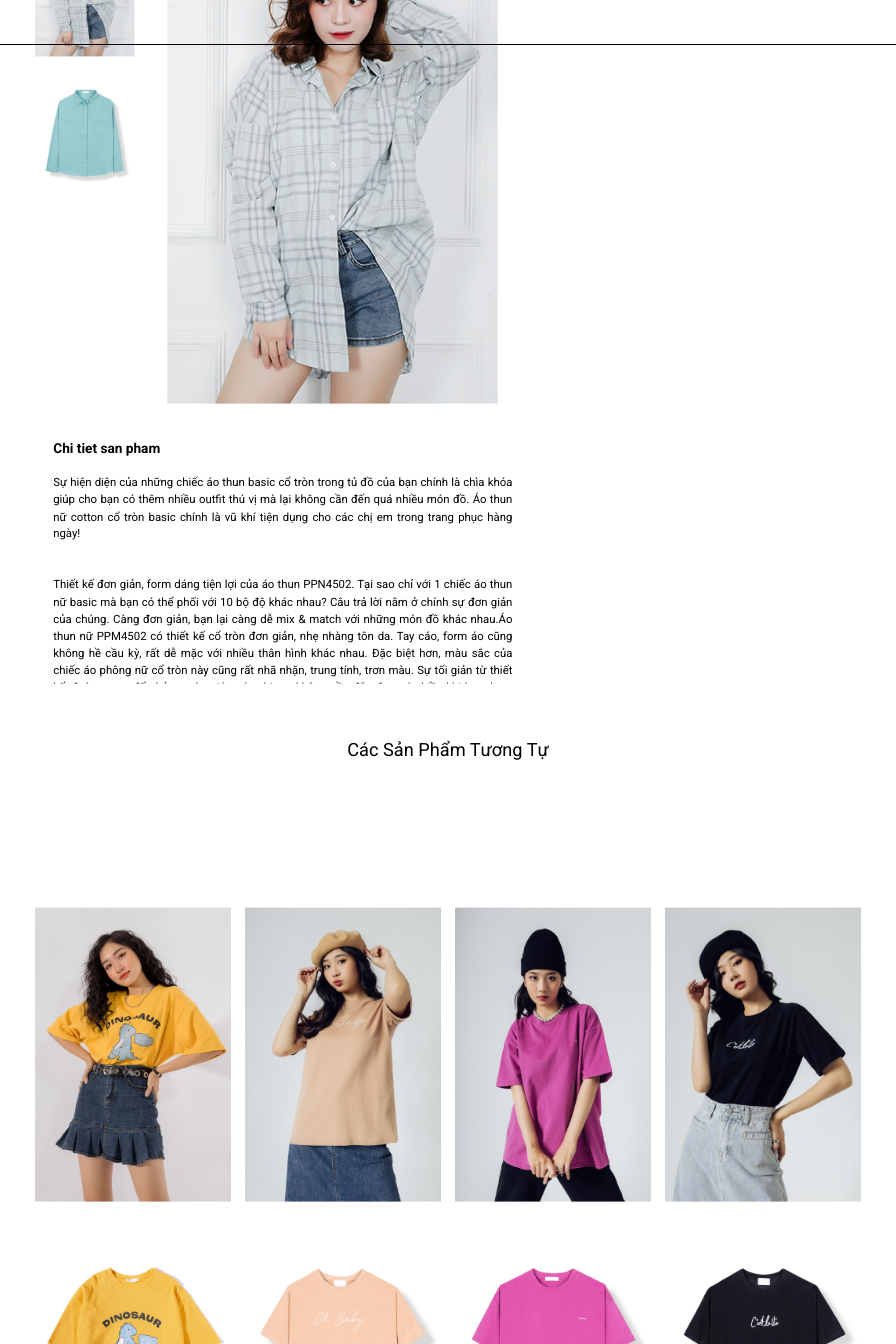
Repository: eric-nguyen-fe/Hola-ecommerce
Page: /catalog/ao-somi-caro-07
The author's editor kept a copy of each file at every save. The page is drawn from the files as they stood at one save, then again after the next save.
The browser window is 1280 px wide. The pictures show the part of the page from y = 301 to 2221 px (the page is 4131 px tall), at 70% of full size.
The project was rebuilt for these pictures with package versions that can differ from the ones it lists, and the page was loaded fresh each time. Also part of the build but not shown: src/components/HeroSlider.jsx, src/components/PolicyCard.jsx, src/assets/fake-data/hero-slider.js, src/assets/fake-data/policy.js, src/pages/Home.jsx, src/components/CheckBox.jsx, src/assets/fake-data/category.js, src/assets/fake-data/product-color.js and 4 more.

Above is the page before, as saved 2021-12-10 12:23:08.

### src/scss/index.scss
@import "./variables";
@import "./mixins";
@import "./base";

@import "./components/header";
@import "./components/footer";
@import "./components/hero-slider.scss";
@import "./components/button";
@import "./components/policy-card";
@import "./components/section";
@import "./components/product-card";
@import "./components/catalog";
@import "./components/custom-checkbox.scss";
@import "./components/product";

### src/components/Layout.jsx
import React from 'react'

import { BrowserRouter, Route } from 'react-router-dom'

import Header from './Header'
import Footer from './Footer'

import Routes from '../routes/Routes'

const Layout = () => {
    return (
        <BrowserRouter>
            <Route render={props => (
                <div>

                    <div className="container">
                    <Header {...props}/>
                        <div className="main">
                            <Routes/>
                        </div>
                    </div>
                    <Footer/>
                </div>
            )}/>
        </BrowserRouter>
    )
}

export default Layout

### src/scss/_variables.scss
$main-bg: #fff;
$main-color: #4267b2;

$txt-main-color: #000;
$txt-second-color: #8d8d8d;
$txt-white: #fff;

$btn-main-bg: $main-color;
$btn-main-color: #fff;

$header-height: 170px;
$header-tablet-height: 70px;
$header-mobile-height: 40px;
$header-shrink-height: 70px;

$box-shadow: rgba(73, 90, 105, 0.2) 0px 8px 24px;

$colors: (
    "blue": #4267b2,
    "orange": #eea54d,
    "pink": #f3786d,
    "white": #fff,
    "black": #000,
    "main": $main-color
);

$mobile-width: 600px;
$tablet-width: 1024px;

$numbers: (0, 1, 2, 3, 4, 5, 6, 7, 8);

### src/scss/mixins.scss
@mixin flex ($align-item, $justify-content) {
    display: flex;
    align-items: $align-item;
    justify-content: $justify-content;
}

@mixin mobile {
    @media only screen and (max-width: $mobile-width){
        @content;
    }
}

@mixin tablet {
    @media only screen and (max-width: $tablet-width){
        @content;
    }
}

### src/scss/_base.scss
@import url("https://fonts.googleapis.com/css2?family=M+PLUS+Rounded+1c:wght@100;300;400;500;700;800;900&family=Roboto:ital,wght@0,100;0,300;0,400;0,500;0,700;0,900;1,100;1,300;1,400;1,500;1,700;1,900&display=swap");

@import url("https://fonts.googleapis.com/css2?family=M+PLUS+Rounded+1c:wght@100;300;400;500;700;800;900&family=Roboto:ital,wght@0,100;0,300;0,400;0,500;0,700;0,900;1,100;1,300;1,400;1,500;1,700;1,900&display=swap");

* {
    padding: 0;
    margin: 0;
    box-sizing: border-box;
    -webkit-tap-highlight-color: transparent;
    user-select: none;
}

html {
    font-size: 13px;
}

body {
    font-family: "Roboto", sans-serif;
}

ul {
    list-style-type: none;
}

a {
    text-decoration: none;
    color: unset;
}

a:hover {
    color: $main-color;
}

img {
    max-width: 100%;
}

@each $color, $val in $colors {
    .color-#{$color} {
        color: $val;
    }

    .bg-#{$color} {
        background-color: $val;
    }
}

@each $val in $numbers {
    .grid-col-#{$val} {
        grid-template-columns: repeat($val, 1fr);
    }
}

@each $val in $numbers {
    .grid-col-md-#{$val} {
        @include tablet {
            grid-template-columns: repeat($val, 1fr);
        }
    }
}

@each $val in $numbers {
    .grid-col-sm-#{$val} {
        @include mobile {
            grid-template-columns: repeat($val, 1fr);
        }
    }
}

.container {
    width: 100%;
    max-width: 1620px;
    padding: 0 50px;
    margin: auto;

    @include tablet {
        padding: 0 20px;
    }

    @include mobile {
        padding: 0 10px;
    }
}

.main {
    margin-top: $header-height;
    margin-bottom: 2rem;
    min-height: 100vh;

    @include tablet {
        margin-top: calc(#{$header-tablet-height} + 20px);
    }

    @include mobile {
        margin-top: calc(#{$header-mobile-height} + 10px);
    }
}

.grid {
    display: grid;
}

### src/scss/components/_header.scss
.header {
    background-color: $main-bg;
    position: fixed;
    top: 0;
    left: 0;
    width: 100%;
    z-index: 99;
    height: $header-height;
    transition: height .3s ease;

    @include tablet {
        height: $header-tablet-height;
        box-shadow: $box-shadow;
    }

    .container {
        height: 100%;
    }

    &.shrink{
        height: $header-shrink-height;
        box-shadow: $box-shadow;
        z-index: 100;

        @include mobile {
            height: $header-mobile-height;
        }
    }

    &__logo {
        @include flex (center, center);
        position: absolute;
        inset: 0;
        pointer-events: none;

        img {
            height: 38px;
        }
    }

    &__menu {
        @include flex(center, space-between);
        height: 100%;
        font-size: 1.5rem;

        &__item ~ &__item {
            margin-left: 39px;

            @include tablet {
                margin-left: 20px;
            }

            @include mobile {
                margin-left: 10px;
            }
        }

        &__item.active {
            font-weight: 600;
            color: $main-color;
        }


        &__item:hover {
            color: $main-color;
        }

        &__left,
        &__right {
            @include flex(center, center);
            height: 100%;
        }

        &__right {
            font-size: 2.25rem;

            &__item {
                @include flex(center, center);

                @include tablet {
                    margin-left: 10px;
                }
            }



            @include mobile {
                font-size: 1.5rem;
            }
        }

        &__left {
            &__close{
                display: none;
            }

            @include tablet {
                flex-direction: column;
                background-color: $main-bg;
                position: absolute;
                left: 0;
                top: 0;
                width: 100%;
                height: 100vh;
                justify-content: flex-start;
                padding-top: 30px;
                transform: translateX(-100%);
                transition: transform 0.5s ease;

                &.active {
                    transform: translateX(0);
                }

                &__item ~ &__item {
                    margin-left: unset;
                    margin-top: 20px;
                }

                &__close {
                    display: block;
                    position: absolute;
                    left: 20px;
                    font-size: 2.5rem;
                }
            }
        }

        &__mobile-toggle {
            display: none;

            @include tablet {
                display: block;
                font-size: 2.5rem;

            }
        }


    }
}

### src/scss/components/_footer.scss
.footer {
    padding: 70px 0;
    box-shadow: $box-shadow;
    font-size: 1.1rem;

    &__logo {
        height: 30px;
    }

    &__about {
        p {
            margin-bottom: 2rem;
        }
    }

    &__title {
        text-transform: uppercase;
        margin-bottom: 2rem;
        font-weight: 600;
    }

    &__content {
        p {
            margin-bottom: 1.25rem;
        }
    }
}

### src/scss/components/_button.scss
.btn {
    border: 0;
    outline: 0;
    color: $btn-main-color;
    font-size: 1.5rem;
    font-weight: 600;
    text-transform: uppercase;
    cursor: pointer;
    overflow: hidden;
    position: relative;

    @include mobile {
        font-size: 1rem;
    }

    &__txt,
    &__icon {
        display: block;
        transition: transform 0.5s ease;
    }

    &__txt {
        padding: 1rem 2rem;
    }

    &__icon {
        @include flex(center, center);
        font-size: 2rem;
        position: absolute;
        left: 0;
        top: 0;
        height: 100%;
        width: 100%;
        transform: translateX(-100%);
    }

    &-animate:hover &__txt {
        transform: translateX(100%);
    }

    &-animate:hover &__icon {
        transform: translateX(0);
    }

    &-sm {
        font-size: 1rem;
    }

    &-sm &__txt {
        padding: 0.7rem 1.5rem;
    }
}

### src/scss/components/_policy-card.scss
.policy-card {
    @include flex(center, flex-start);
    padding: 20px;
    padding-left: 0;
    box-shadow: $box-shadow;
    transition: transform .5s ease;

    &:hover {
        transform: translateY(-20%);
    }

    &__icon {
        @include flex (center, center);
        width: 40%;
        color: $main-color;

        i {
            font-size: 3rem;
        }
    }

    &__info{
        &__name{
            font-size: 1.25rem;
            font-weight: 600;
            margin-bottom: 7px;
        }

        &__description{
            font-size: 1rem;
            color: $txt-second-color;
        }

    }
}

### src/scss/components/_section.scss
.section {
    margin-bottom: 80px;

    & > * ~ * {
        margin-top: 70px;
    }

    &__title {
        font-size: 2rem;
        text-transform: capitalize;
        text-align: center;
    }
}

### src/scss/components/product-card.scss
.product-card {
    text-align: center;
    margin-bottom: 30px;

    &__image {
        padding-top: 50%;
        position: relative;
        overflow: hidden;
        margin-bottom: 30px;
    }
}

### src/scss/components/_catalog.scss
.catalog {
    @include flex(flex-start, flex-start);

    @include tablet {
        flex-direction: column;
    }

    &__filter {
        width: 20%;

        @include tablet {
            width: max-content;
            height: 100vh;
            background-color: $main-bg;
            padding: 1rem;
            position: fixed;
            left: 0;
            top: $header-tablet-height;
            z-index: 100;
            box-shadow: $box-shadow;
            transform: translateX(-100%);
            transition: transform 0.3s ease;
        }

        @include mobile {
            top: $header-mobile-height;
        }

        &.active {
            transform: translateX(0);
        }

        &__widget {
            margin-bottom: 2rem;

            &__title {
                font-size: 1.25rem;
                font-weight: 600;
                text-transform: capitalize;
                margin-bottom: 16px;
            }

            &__content {
                color: $txt-second-color;

                &__item {
                    margin-bottom: 13px;
                }
            }
        }
    }

    &__content {
        flex-grow: 1;

        @include tablet {
            width: 100%;
        }
    }

    &__filter__toggle {
        display: none;

        @include tablet {
            display: block;
            margin-bottom: 2rem;
        }
    }
}

### src/scss/components/custom-checkbox.scss
.custom-checkbox {
    @include flex (center, flex-start);

    cursor: pointer;

    &:hover {
        color: $main-color;
    }

    input {
        position: absolute;
        opacity: 0;

    }
}

### src/scss/components/_product.scss
.product {
    @include flex (flex-start, flex-start);

    &__images {
        @include flex(flex-start, flex-start);
        width: 60%;
        flex-wrap: wrap;

        &__list {
            width: 20%;

            &__item {
                cursor: pointer;
            }
        }

        &__main {
            flex-grow: 1;
            padding-top: 100%;
            position: relative;

            img {
                position: absolute;
                top: 0;
                left: 50%;
                height: 100%;
                transform: translateX(-50%);
            }
        }
    }
}

.product-description {
    width: 100%;
    padding: 2rem 2rem 3rem;
    height: 400px;
    overflow: hidden;
    position: relative;

    &.expand {
        height: max-content;
    }

    &__title {
        font-size: 1.5rem;
        font-weight: 600;
        margin: 2rem 0;
    }

    &__content {
        font-size: 1.25rem;
        line-height: 1.875rem;
        text-align: justify;
    }

    &__toggle {
        position: absolute;
    }
}

### src/components/Header.jsx
import React, { useRef, useEffect } from 'react'
import { Link, useLocation } from 'react-router-dom'

import logo from '../assets/images/Logo-2.png'

const mainNav = [
    {
        display: "Trang chủ",
        path: '/'
    },
    {
        display: "Sản phẩm",
        path: '/catalog'
    },
    {
        display: "Phụ kiện",
        path: '/accessories'
    },
    {
        display: "Liên hệ",
        path: '/contact'
    }
]

const Header = () => {

    const {pathname} = useLocation()
    const activeNav = mainNav.findIndex(e => e.path === pathname)

    const headerRef = useRef(null)

    useEffect(() => {
        window.addEventListener("scroll", () => {
            if(document.body.scrollTop > 80 || document.documentElement.scrollTop > 80) {
                headerRef.current.classList.add('shrink')
            } else {
                headerRef.current.classList.remove('shrink')
            }
        })
        return () => {
            window.removeEventListener("scroll")
        }
    }, []);

    const menuLeft = useRef(null);

    const menuToggle = () => menuLeft.current.classList.toggle('active')


    return (
        <div className="header" ref={headerRef}>
            <div className="container">
                <div className="header__logo">
                    <Link to="/">
                        <img src={logo} alt="" />
                    </Link>
                </div>
                <div className="header__menu">
                    <div className="header__menu__mobile-toggle" onClick={menuToggle} >
                        <i className='bx bx-menu' ></i>
                    </div>
                    <div className="header__menu__left" ref={menuLeft}>
                        <div className="header__menu__left__close" onClick={menuToggle}>
                            <i className='bx bx-left-arrow-alt' ></i>
                        </div>

                        {
                            mainNav.map((item, index) =>(
                                <div
                                key={index}
                                className={`header__menu__item header__menu__left__item ${index === activeNav ? 'active' : ''}`}
                                onClick={menuToggle}
                                >
                                    <Link to={item.path}>
                                        <span>
                                            {item.display}
                                        </span>
                                    </Link>
                                </div>
                            ))
                        }
                    </div>
                   <div className="header__menu__right">
                       <div className="header__menu__item header__menu__right__item">
                            <i className='bx bx-search-alt'></i>
                       </div>
                       <div className="header__menu__item header__menu__right__item">
                           <Link to="/cart">
                                <i className="bx bxs-shopping-bag-alt"></i>

                           </Link>
                       </div>
                       <div className="header__menu__item header__menu__right__item">
                           <i className="bx bxs-user-circle"></i>
                       </div>
                   </div>
                </div>
            </div>
        </div>
    )
}

export default Header

### src/routes/Routes.jsx
import React from 'react'

import { Route, Switch } from 'react-router-dom'

import Home from '../pages/Home';
import Catalog from '../pages/Catalog';
import Cart from '../pages/Cart';
import Product from '../pages/Product';

const Routes = () => {
    return (
        <Switch>
            <Route path="/" exact component = {Home}/>
            <Route path="/catalog/:slug" exact component = {Product}/>
            <Route path="/catalog" exact component = {Catalog}/>
            <Route path="/cart" exact component = {Cart}/>
        </Switch>
    )
}

export default Routes

### src/pages/Product.jsx
import React, {useEffect} from 'react';

import Helmet from '../components/Helmet'
import Section, {SectionBody, SectionTitle} from '../components/Section'
import Grid from '../components/Grid'
import ProductCard from '../components/ProductCard'


import productData from '../assets/fake-data/products';
import ProductView from '../components/ProductView';


const Product = props => {

    const product = productData.getProductBySlug(props.match.params.slug)

    const relatedProducts = productData.getProducts(8)

    React.useEffect(() => {
        window.scrollTo(0,0)
    }, [product])

    return (
        <Helmet title={product.title}>
            <Section>
                <SectionBody>
                    {
                       <ProductView product={product}/>                    }
                </SectionBody>
            </Section>
            <Section>
                <SectionTitle>
                   Các sản phẩm tương tự
                </SectionTitle>
                <SectionTitle>
                <Grid
                        col={4}
                        mdCol={2}
                        smCol={1}
                        gap={20}
                    >
                        {
                            relatedProducts.map((item, index) => (
                                <ProductCard
                                    key={index}
                                    img01={item.image01}
                                    img02={item.image02}
                                    name={item.title}
                                    price={Number(item.price)}
                                    slug={item.slug}
                                />
                            ))
                        }
                    </Grid>
                </SectionTitle>
            </Section>
        </Helmet>
    )
}

export default Product

### src/components/Helmet.jsx
import React, {useEffect} from 'react'
import PropTypes from 'prop-types'

const Helmet = props => {

    document.title = 'Hola - ' + props.title

    useEffect(() => {
        window.scrollTo(0,0)

    }, [])

  return (
    <div>
        {props.children}
    </div>
  )
}

Helmet.propTypes = {
    title: PropTypes.string.isRequired
}

export default Helmet

### src/components/ProductCard.jsx
import React from 'react'
import PropTypes from 'prop-types'

import { Link } from 'react-router-dom'

import Button from './Button'

import numberWithCommas from '../utils/numberWithCommas'

const ProductCard = props => {
    return (
        <div className="product-card">
            <Link to={`/catalog/${props.slug}`}>
                <div className="product-card__image">
                    <img src={props.img01} alt="" />
                    <img src={props.img02} alt="" />
                </div>
                <h3 className="product-card__name">{props.name}</h3>
                <div className="product-card__price">
                    {numberWithCommas(props.price)}
                    <span className="product-card__price__old">
                        <del>{numberWithCommas(399000)}</del>
                    </span>
                </div>
            </Link>
            <div className="product-card__btn">
                <Button
                    size="sm"
                    icon="bx bx-cart"
                    animate={true}
                >
                    Chọn mua
                </Button>
            </div>
        </div>
    )
}

ProductCard.propTypes = {
    img01: PropTypes.string.isRequired,
    img02: PropTypes.string.isRequired,
    name: PropTypes.string.isRequired,
    price: PropTypes.number.isRequired,
    slug: PropTypes.string.isRequired,


}

export default ProductCard

### src/components/Button.jsx
import React from 'react'
import PropTypes from 'prop-types'

const Button = props => {

    const bg = props.backgroundColor ? 'bg-' + props.backgroundColor : 'bg-main'

    const size = props.size ? 'btn-' + props.size : ''

    const animate = props.animate ? 'btn-animate' : ''

    return (
        <button
            className={`btn ${bg} ${size} ${animate}`}
            onClick={props.onClick ? () => props.onClick() : null}
        >
            <span className="btn__txt">{props.children}</span>
            {
                props.icon ? (
                    <span className="btn__icon">
                        <i className={`${props.icon} bx-tada`}></i>
                    </span>
                ) : null
            }
        </button>
    )
}

Button.propTypes = {
    backgroundColor: PropTypes.string,
    size: PropTypes.string,
    icon: PropTypes.string,
    animate: PropTypes.bool,
    onclick: PropTypes.func
}

export default Button

### src/components/ProductView.jsx
import React, {useState} from 'react'
import PropTypes from 'prop-types'

import Button from './Button'

const ProductView = props => {

    const product = props.product

    const [previewImg, setPreviewImg ] = useState(product.image01);

    return (
<div className="product">
            <div className="product__images">
                <div className="product__images__list">
                    <div className="product__images__list__item" onClick={() => setPreviewImg(product.image01)}>
                        <img src={product.image01} alt="" />
                    </div>
                    <div className="product__images__list__item" onClick={() => setPreviewImg(product.image02)}>
                        <img src={product.image02} alt="" />
                    </div>
                </div>
                <div className="product__images__main">
                    <img src={previewImg} alt="" />
                </div>
                <div className="product-description">
                    <div className="product-description__title">
                        Chi tiet san pham
                    </div>
                    <div className="product-description__content" dangerouslySetInnerHTML={{__html:product.description}}>
                    </div>
                    <div className="product-description__toggle">
                        <Button
                            size="sm"
                        >
                            Xem them
                        </Button>
                    </div>
                </div>
            </div>
        </div>
    )
}

ProductView.propTypes = {
    product: PropTypes.object.isRequired,

}

export default ProductView

Loaded but not shown: public/index.html (common file); src/reportWebVitals.js (common file); src/assets/boxicons-2.0.7/css/boxicons.min.css (library); src/components/Grid.jsx (common file); src/components/Section.jsx (common file); src/utils/numberWithCommas.js (common file); src/assets/fake-data/products.js (275 lines, source omitted); src/index.js (20 lines, source omitted); src/scss/components/hero-slider.scss (214 lines, source omitted); src/components/Footer.jsx (124 lines, source omitted)

After the next save:
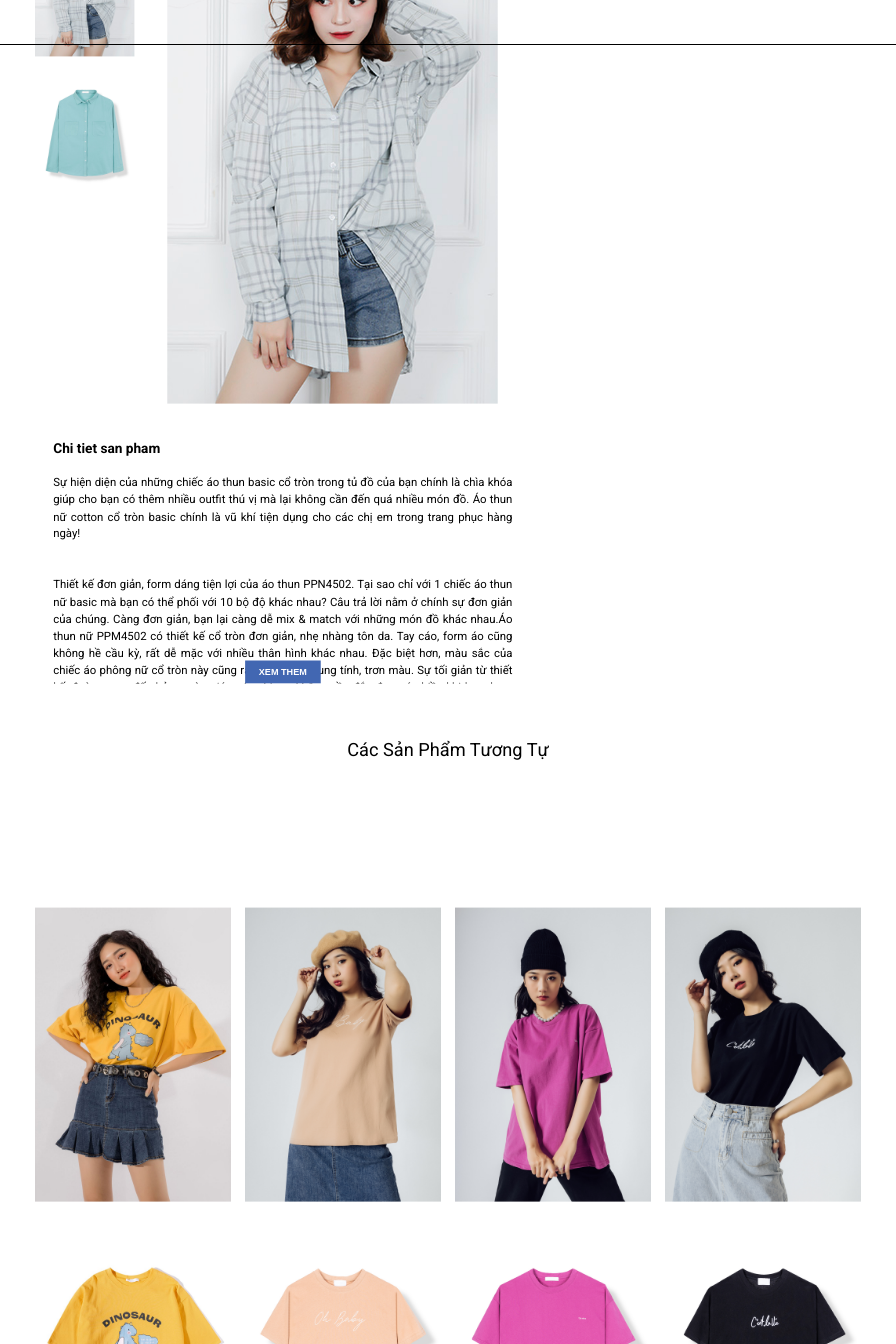
Saved 24 s later.
--- a/src/scss/components/_product.scss
+++ b/src/scss/components/_product.scss
@@ -55,5 +55,8 @@
 
     &__toggle {
         position: absolute;
+        bottom: 0;
+        left: 50%;
+        transform: translateX(-50%);
     }
 }
